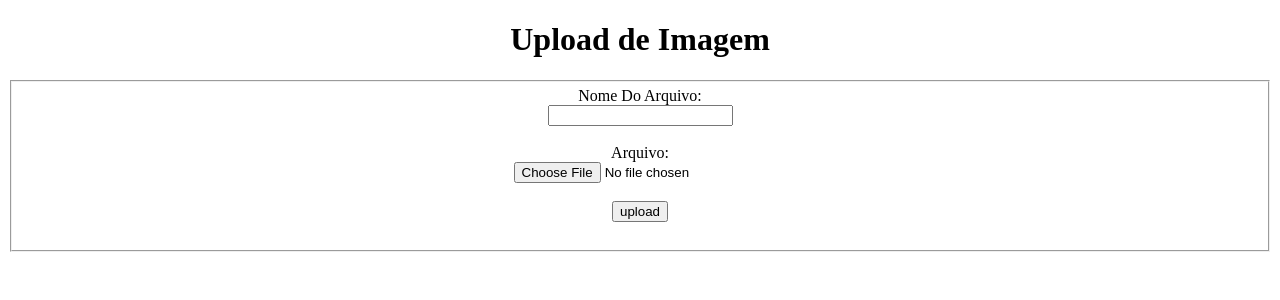
Repository: ThaysaM/upload-de-imagem-java-web
Page: http://localhost/projetoSelecao_Servelet/
An editor plug-in stored every save of this project. The page is shown before and after the next save, followed by the edit.
The browser window is 1280 px wide. The pictures show the whole page.
The page is served by Tomcat 9.

Above is the page before, as saved 2020-09-13 15:48:29.

### projetoSelecao Servelet/WebContent/index.jsp
<%@ page language="java" contentType="text/html; charset=ISO-8859-1"
    pageEncoding="ISO-8859-1"%>
<!DOCTYPE html PUBLIC "-//W3C//DTD HTML 4.01 Transitional//EN" "http://www.w3.org/TR/html4/loose.dtd">
<html>
<head>
	<meta http-equiv="Content-Type" content="text/html; charset=ISO-8859-1">
	<title>Upload de Imagem</title>
</head>
<body>
	<center>
		<h1>Upload de Imagem</h1>
		<form action="ProjetoUpload" enctype="multipart/form-data" method="post">
	    	<fieldset>
		    	Nome Do Arquivo:<br/>
		        <input type="text" name="file_name" placeholder><br/><br/>
				Arquivo:<br/>
				<input type="file" name="file2" height="30" width="30"/><br/><br/>
				<input type="submit" value="upload" /><br/><br/>
			</fieldset>
	     </form>
	           <%
		           	String file_name=(String)request.getParameter("filename");
		           	if(file_name!=null){
		        	   	out.println(file_name+" File uploaded successfuly");

		       %><br>
		       		<img src="http://localhost:8080/arquivo_upload/<%=file_name%>">
		       <%

	           		}
	           %>

	</center>

</body>
</html>

After the next save:
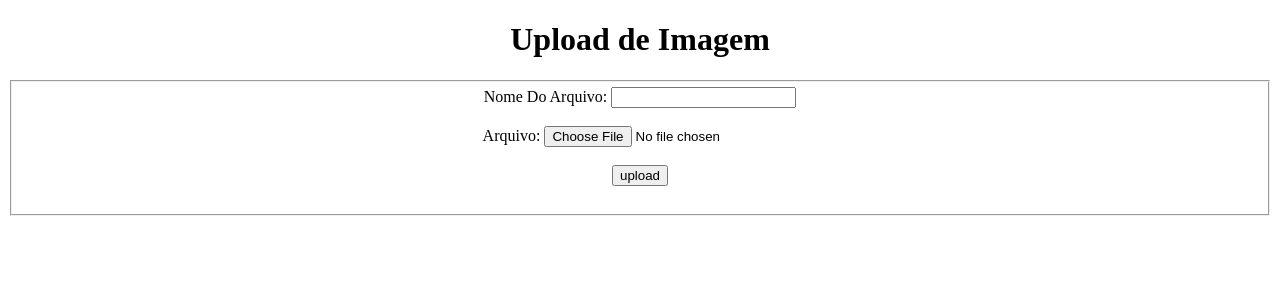
Saved 36 s later.
--- a/projetoSelecao Servelet/WebContent/index.jsp
+++ b/projetoSelecao Servelet/WebContent/index.jsp
@@ -11,9 +11,9 @@
 		<h1>Upload de Imagem</h1>
 		<form action="ProjetoUpload" enctype="multipart/form-data" method="post">
 	    	<fieldset>
-		    	Nome Do Arquivo:<br/>
+		    	Nome Do Arquivo:
 		        <input type="text" name="file_name" placeholder><br/><br/>
-				Arquivo:<br/>
+				Arquivo:
 				<input type="file" name="file2" height="30" width="30"/><br/><br/>
 				<input type="submit" value="upload" /><br/><br/>
 			</fieldset>

After the 4 saves that followed:
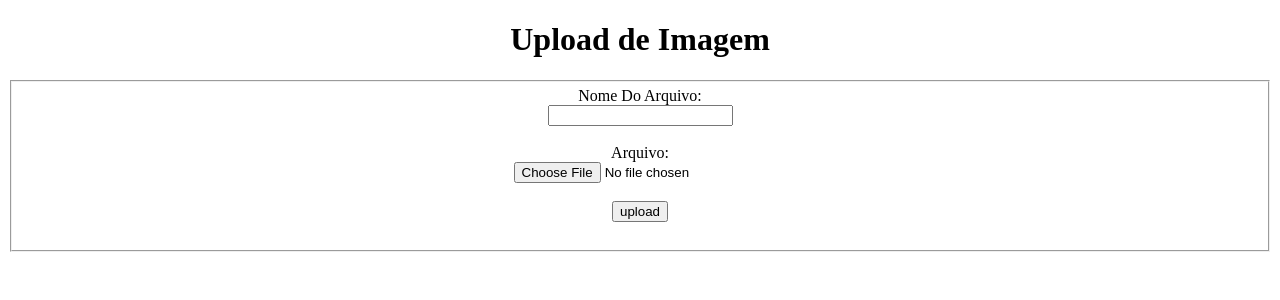
The 4 saves are shown as one change because 3 left the picture as it was.
The last was saved 2 min 12 s later.
--- a/projetoSelecao Servelet/WebContent/index.jsp
+++ b/projetoSelecao Servelet/WebContent/index.jsp
@@ -11,10 +11,10 @@
 		<h1>Upload de Imagem</h1>
 		<form action="ProjetoUpload" enctype="multipart/form-data" method="post">
 	    	<fieldset>
-		    	Nome Do Arquivo:
-		        <input type="text" name="file_name" placeholder><br/><br/>
-				Arquivo:
-				<input type="file" name="file2" height="30" width="30"/><br/><br/>
+		    	Nome Do Arquivo:<br/>
+		        <input type="text" name="file_name" height="150" width="150"><br/><br/>
+				Arquivo:<br/>
+				<input type="file" name="file2"/><br/><br/>
 				<input type="submit" value="upload" /><br/><br/>
 			</fieldset>
 	     </form>
